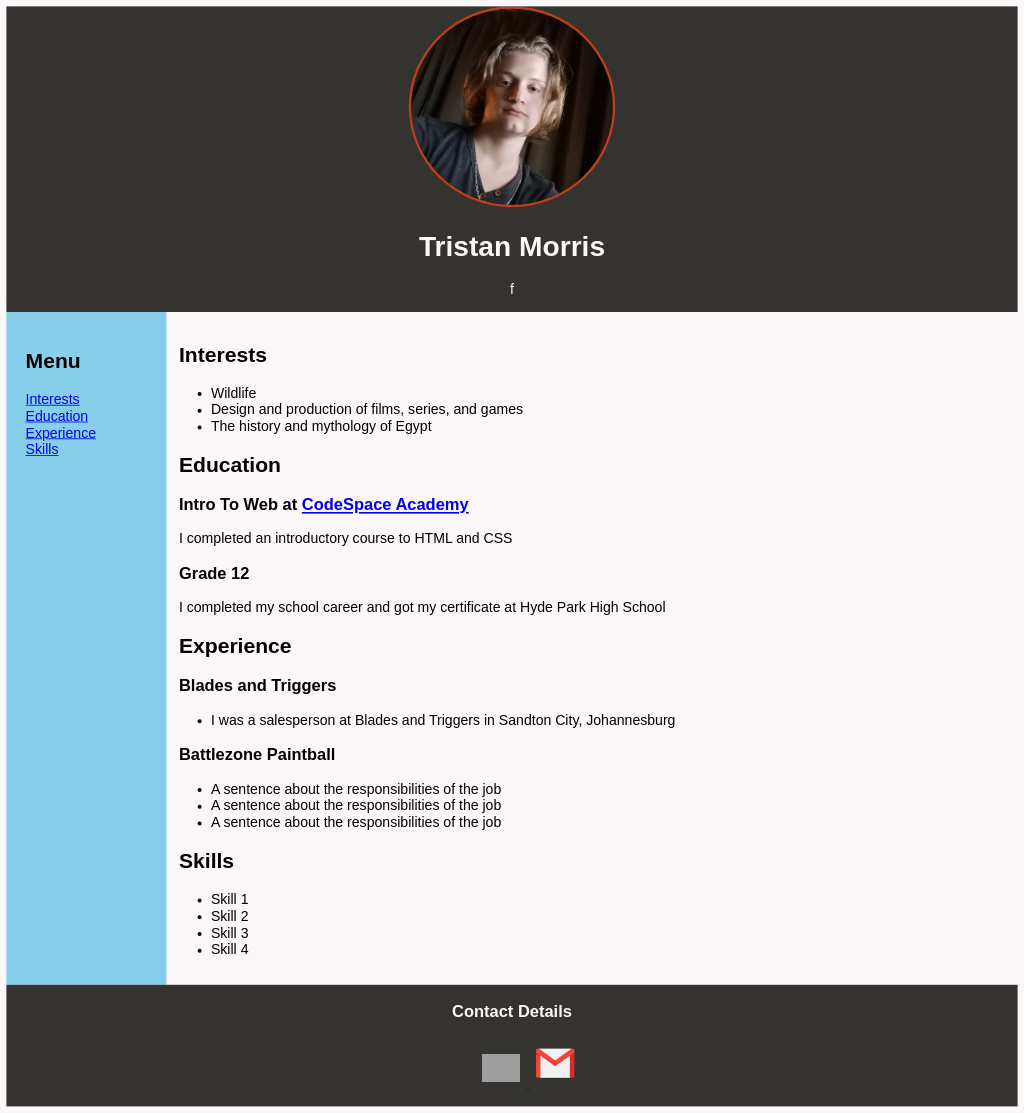
Repository: TristanKMorris/introToWebDesignAssignment
Page: resume.html
These files come from the project's save history. The page is drawn as it stood at one moment and after the next save; the edit follows.
The browser window is 1280 px wide. The pictures show the whole page, at 80% of full size.
Pictures or frames that could not be fetched are drawn as grey boxes.

Above is the page before, as saved 2022-06-02 22:23:40.

### resume.html

<!DOCTYPE html>
<html
  <head>
    <title>Tristan's Website</title>

    <link rel="stylesheet" type="text/css" href="css/stylesheet.css">

  </head>

  <body>

   <header id="heading">
        <img src="images/tristanPortrait.jpg" alt="Tristan Morris Portrait" id="profilePhoto"/>

      <h1>Tristan Morris</h1>
        <p>f</p>

    </header>

    <main class="main">

      <div id="sidebar">

        <nav>

          <h2>Menu</h2>

           <ul class="navMenu">
              <li> <a href="#interests">Interests</a> </li>
              <li> <a href="#education">Education</a> </li>
              <li> <a href="#experience">Experience</a> </li>
              <li> <a href="#skills">Skills</a> </li>
            </ul>

        </nav>

      </div>

        <div class="content">

          <h2 id="interests">Interests</h2>

          <ul>

            <li>Wildlife</li>
            <li>Design and production of films, series, and games</li>
            <li>The history and mythology of Egypt</li>

          </ul>

          <h2 id="education">Education</h2>

            <h3>Intro To Web at <a href="http://codespace.co.za/" target="_blank">CodeSpace Academy</a> </h3>

             <p>
               I completed an introductory course to HTML and CSS
             </p>

            <h3>Grade 12</h3>

             <p>
                I completed my school career and got my certificate at Hyde Park High School
              </p>

          <h2 id="experience">Experience</h2>

            <h3>Blades and Triggers</h3>

            <ul>

              <li>I was a salesperson at Blades and Triggers in Sandton City, Johannesburg</li>

            </ul>

            <h3>Battlezone Paintball</h3>

            <ul>

              <li>A sentence about the responsibilities of the job</li>
              <li>A sentence about the responsibilities of the job</li>
              <li>A sentence about the responsibilities of the job</li>

            </ul>

          <h2 id="skills">Skills</h2>

            <ul>
              <li>Skill 1</li>
              <li>Skill 2</li>
              <li>Skill 3</li>
              <li>Skill 4</li>
            </ul>

        </div>

    </main>

    <footer>

      <h3>Contact Details</h3>
      <ul>
          <a href="http://www.instagram.com/tristan_k_morris" target="_blank">
           <img class="icons" src="images/instagramIcon.png" alt="Tristan Morris Instagram">

          </a>

          <a href="mailto: tristankm21@gmail.com" target="_blank">
           <img class="icons" src="images/gmailIcon.png" alt="Tristan Morris Email">

          </a>

      </ul>

    </footer>


  </body>
</html>

### css/stylesheet.css
body{
  font-family: sans-serif;
  font-size:110%;
  background-color: #FCF7F8;
  display: flex;
  flex-direction: column;
}

.main{
  display: flex;
  flex-direction: row;
  overflow: unset;
}

#profilePhoto{
  width: 20%;
  height: 20%;
  border-radius: 50%;
  border: 3px solid #ff4410ad;
}

header {
  text-align: center;
  justify-content: center;
}
#heading{
  font-family: sans-serif;
  font: size 110%;
  background-color: #343330;
  color: #FCF7F8;
}

footer {
  background-color: #343330;
  text-align: center;
  color: #FCF7F8;
}
#sidebar{
  width: 12%;
  background-color: skyblue;
  padding: 1.5rem;
  color: black;
}
.navMenu{
  list-style-type: none;
  padding: 0%;
}

.icons{
  width: 3rem;
  margin: 0.5rem;
  height: auto;
}

.content{
  width: auto;
  margin: 1rem;
  height: auto;
}

After the next save:
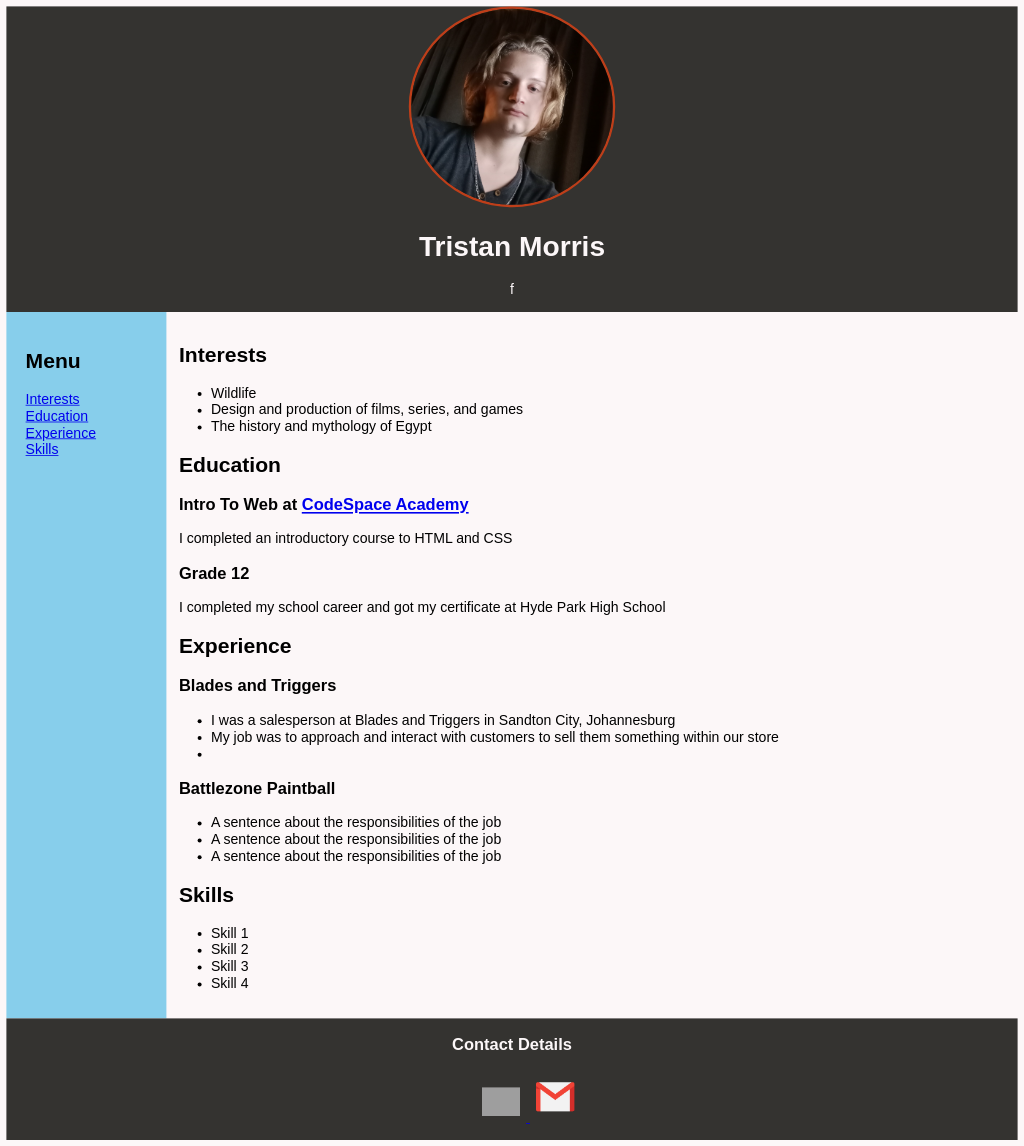
Saved 3 min 56 s later.
--- a/resume.html
+++ b/resume.html
@@ -70,6 +70,8 @@
             <ul>
 
               <li>I was a salesperson at Blades and Triggers in Sandton City, Johannesburg</li>
+              <li>My job was to approach and interact with customers to sell them something within our store</li>
+              <li></li>
 
             </ul>
 
